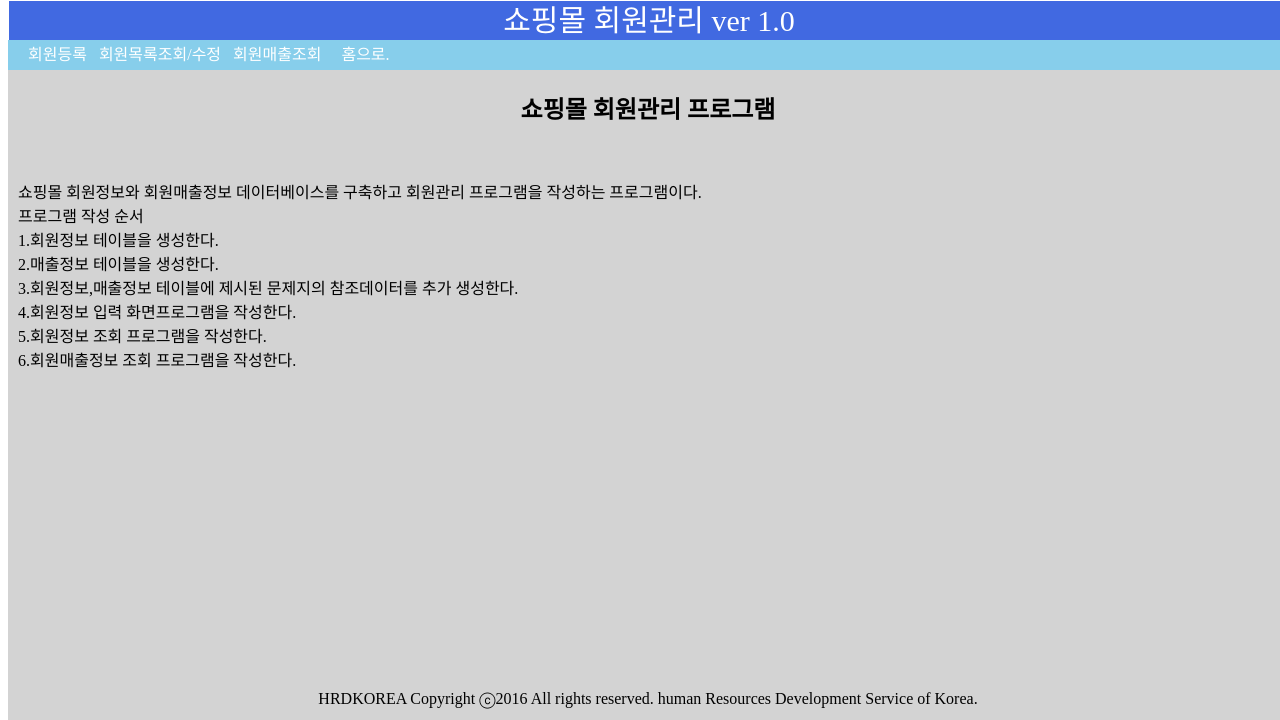
Repository: GotChun/license_practice
Page: http://localhost/HRD_8155/
These files come from the project's save history. The page is drawn as it stood at one moment and after the next save; the edit follows.
The browser window is 1280 px wide. The pictures show the whole page.
The page is served by Tomcat 9.

Above is the page before, as saved 2025-02-18 14:30:25.

After the next save:
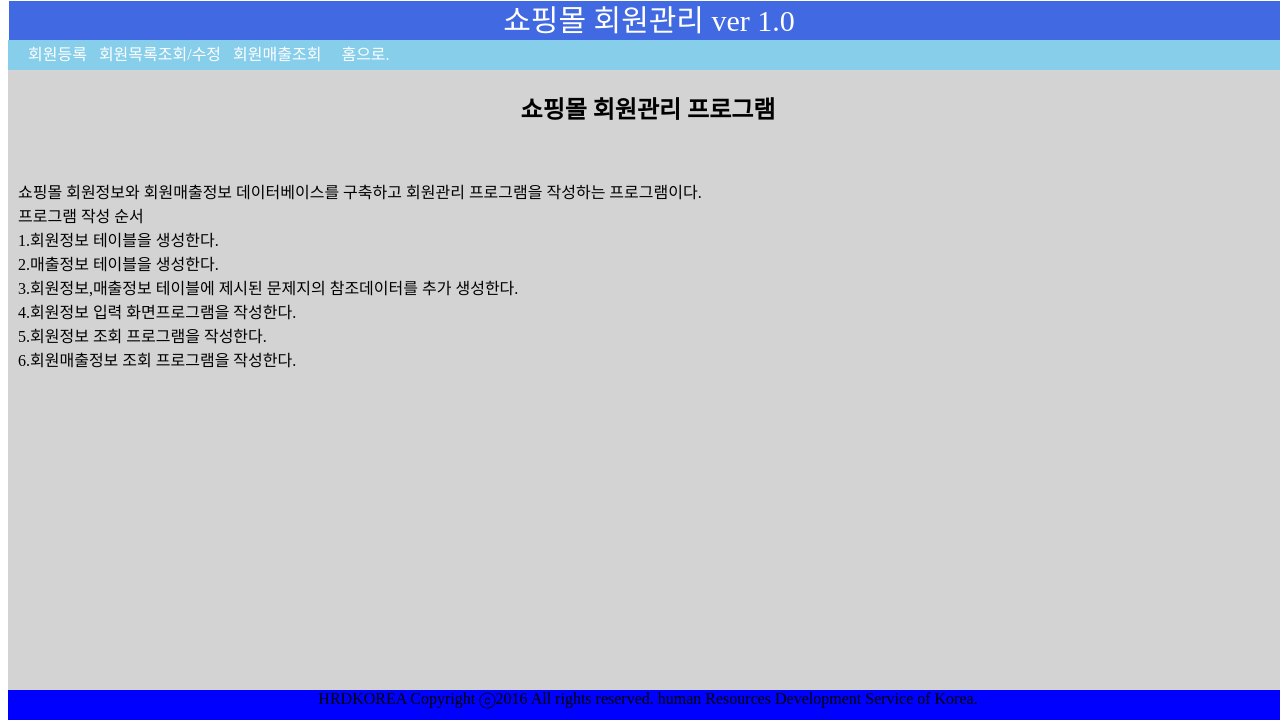
Saved 8 s later.
--- a/HRD_8155/src/main/webapp/index.jsp
+++ b/HRD_8155/src/main/webapp/index.jsp
@@ -28,7 +28,7 @@
 	 	</p>
 	 </section>
 
-	 <footer style=" position:fixed; bottom:0px; text-align:center; width:100%; height:30px;">HRDKOREA Copyright ⓒ2016 All rights reserved. human Resources Development Service of Korea. </footer>
+	 <footer style=" position:fixed; bottom:0px; text-align:center; width:100%; height:30px; background-color:blue;">HRDKOREA Copyright ⓒ2016 All rights reserved. human Resources Development Service of Korea. </footer>
 
 </body>
 </html>
